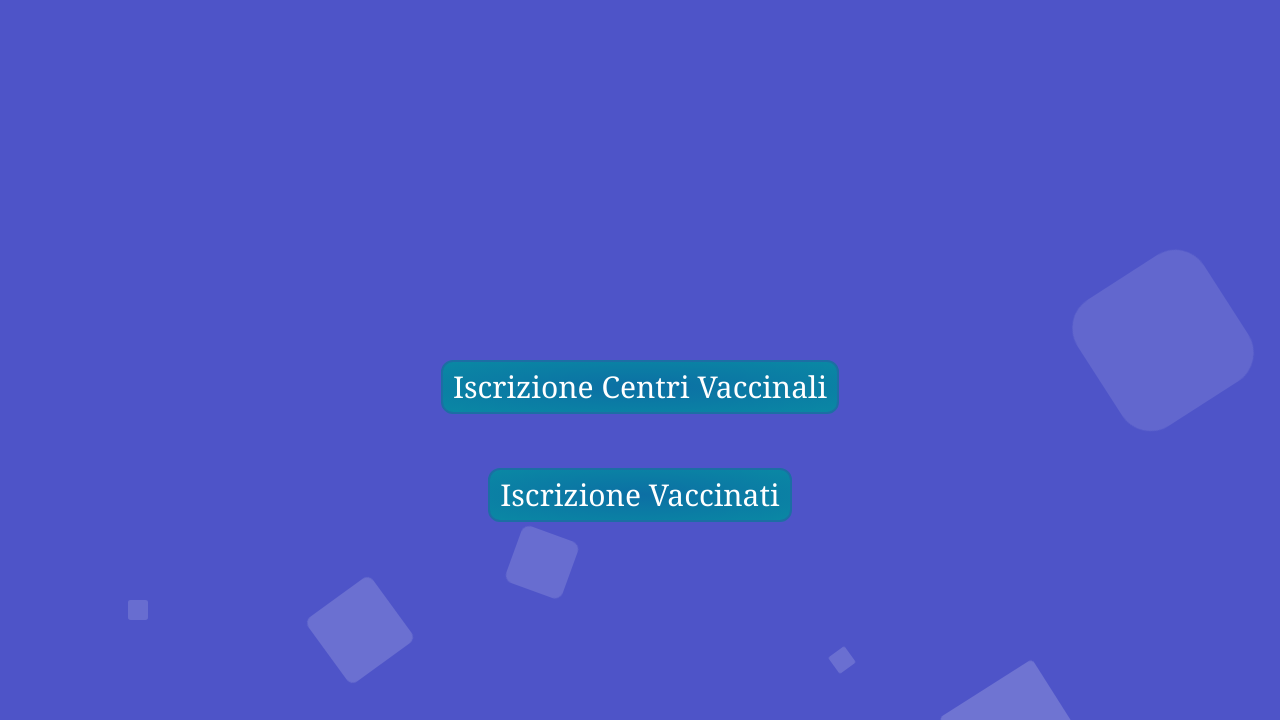
Repository: Jok98/CentriVaccinaliWebApp
Page: http://localhost/CentriVaccinaliOperatori/
The author's editor kept a copy of each file at every save. The page is drawn from the files as they stood at one save, then again after the next save.
The browser window is 1280 px wide. The pictures show the whole page.
Some web fonts or font styles are not loaded; a fallback is used. The page is served by Tomcat 9.

Above is the page before, as saved 2022-09-24 13:48:24.

### CentriVaccinaliOperatori/src/main/webapp/index.jsp
<%@ page language="java" contentType="text/html; charset=ISO-8859-1"
	pageEncoding="ISO-8859-1"%>
<!DOCTYPE html>
<html>
<head>
<meta charset="ISO-8859-1">
<link rel="stylesheet" href="operatori.css">
<link rel="stylesheet" href="background.css">
<title>Operatori Centri Vaccinali</title>
</head>
<body>
	<div class="context" align=center>
		<form action="http://programminghead.com">
		<input class="button" type="button" value="Iscrizione Centri Vaccinali" >
		</form>
		<br>
		<br>
		<br>
		<a href="http://programminghead.com">
		<input class="button" type="button" value="Iscrizione Vaccinati" >
		</a>
	</div>


	<div class="area">
		<ul class="circles">
			<li></li>
			<li></li>
			<li></li>
			<li></li>
			<li></li>
			<li></li>
			<li></li>
			<li></li>
			<li></li>
			<li></li>
		</ul>
	</div>

</body>
</html>

### CentriVaccinaliOperatori/src/main/webapp/operatori.css
@charset "ISO-8859-1";

/* bottoni */
.button {
color: rgb(255, 255, 255); font-size: 30px; line-height: 30px; padding: 10px; border-radius: 12px; font-family: Georgia, serif; font-weight: normal; text-decoration: none; font-style: normal; font-variant: normal; text-transform: none; background-image: radial-gradient(at center center, rgb(12, 111, 164) 0%, rgb(10, 136, 164) 100%, rgb(12, 111, 164) 100%); box-shadow: rgba(0, 0, 0, 0) 81px -57px 0px 0px; border: 2px solid rgb(28, 110, 164); display: inline-block;}
.button:hover {
background: #80c3ff; }
.button:active {
background: #1ca4ff; }

### CentriVaccinaliOperatori/src/main/webapp/background.css
@charset "ISO-8859-1";
@import url('https://fonts.googleapis.com/css?family=Exo:400,700');

*{
    margin: 0px;
    padding: 0px;
}

body{
    font-family: 'Exo', sans-serif;
}


.context {
    width: 100%;
    position: absolute;
    top:50vh;

}

.context h1{
    text-align: center;
    color: #fff;
    font-size: 50px;
}


.area{
    background: #4e54c8;
    background: -webkit-linear-gradient(to left, #8f94fb, #4e54c8);
    width: 100%;
    height:100vh;


}

.circles{
    position: absolute;
    top: 0;
    left: 0;
    width: 100%;
    height: 100%;
    overflow: hidden;
}

.circles li{
    position: absolute;
    display: block;
    list-style: none;
    width: 20px;
    height: 20px;
    background: rgba(255, 255, 255, 0.2);
    animation: animate 25s linear infinite;
    bottom: -150px;

}

.circles li:nth-child(1){
    left: 25%;
    width: 80px;
    height: 80px;
    animation-delay: 0s;
}


.circles li:nth-child(2){
    left: 10%;
    width: 20px;
    height: 20px;
    animation-delay: 2s;
    animation-duration: 12s;
}

.circles li:nth-child(3){
    left: 70%;
    width: 20px;
    height: 20px;
    animation-delay: 4s;
}

.circles li:nth-child(4){
    left: 40%;
    width: 60px;
    height: 60px;
    animation-delay: 0s;
    animation-duration: 18s;
}

.circles li:nth-child(5){
    left: 65%;
    width: 20px;
    height: 20px;
    animation-delay: 0s;
}

.circles li:nth-child(6){
    left: 75%;
    width: 110px;
    height: 110px;
    animation-delay: 3s;
}

.circles li:nth-child(7){
    left: 35%;
    width: 150px;
    height: 150px;
    animation-delay: 7s;
}

.circles li:nth-child(8){
    left: 50%;
    width: 25px;
    height: 25px;
    animation-delay: 15s;
    animation-duration: 45s;
}

.circles li:nth-child(9){
    left: 20%;
    width: 15px;
    height: 15px;
    animation-delay: 2s;
    animation-duration: 35s;
}

.circles li:nth-child(10){
    left: 85%;
    width: 150px;
    height: 150px;
    animation-delay: 0s;
    animation-duration: 11s;
}



@keyframes animate {

    0%{
        transform: translateY(0) rotate(0deg);
        opacity: 1;
        border-radius: 0;
    }

    100%{
        transform: translateY(-1000px) rotate(720deg);
        opacity: 0;
        border-radius: 50%;
    }

}

After the next save:
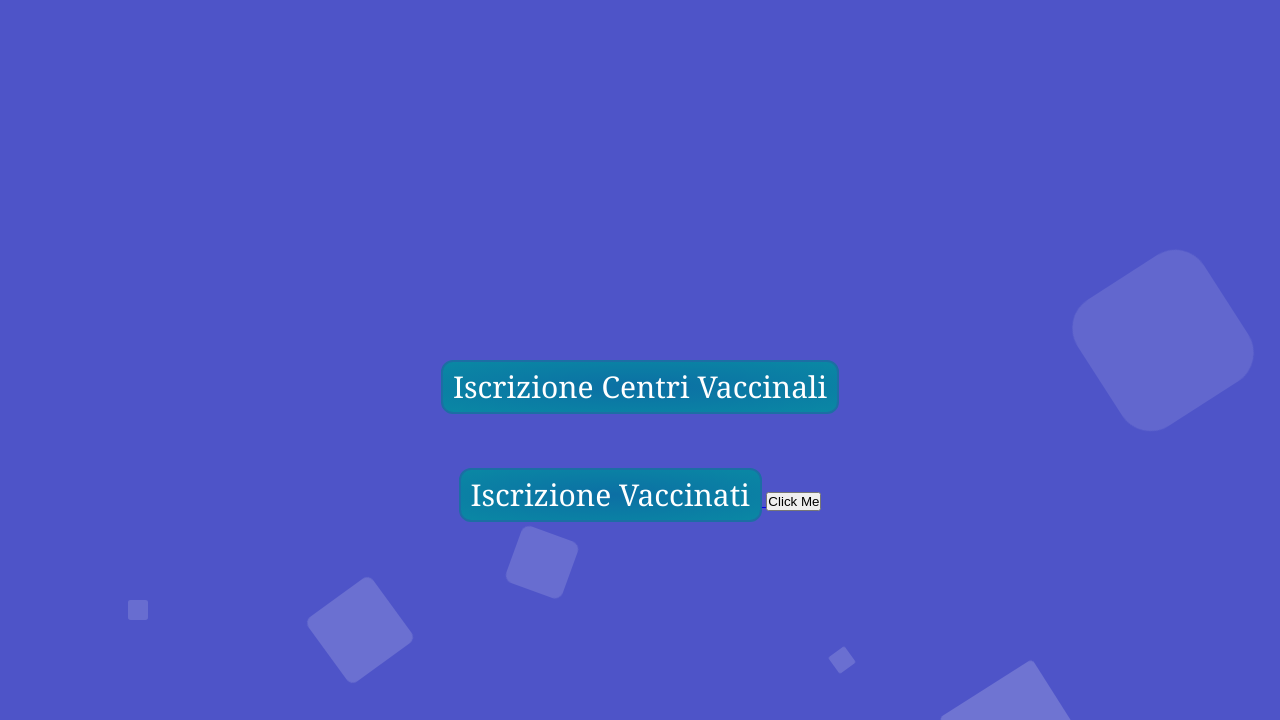
Saved 62 s later.
--- a/CentriVaccinaliOperatori/src/main/webapp/index.jsp
+++ b/CentriVaccinaliOperatori/src/main/webapp/index.jsp
@@ -19,6 +19,9 @@
 		<a href="http://programminghead.com">
 		<input class="button" type="button" value="Iscrizione Vaccinati" >
 		</a>
+		  <a href="http://programminghead.com">
+       <button>Click Me</button>
+     </a>
 	</div>
 
 
